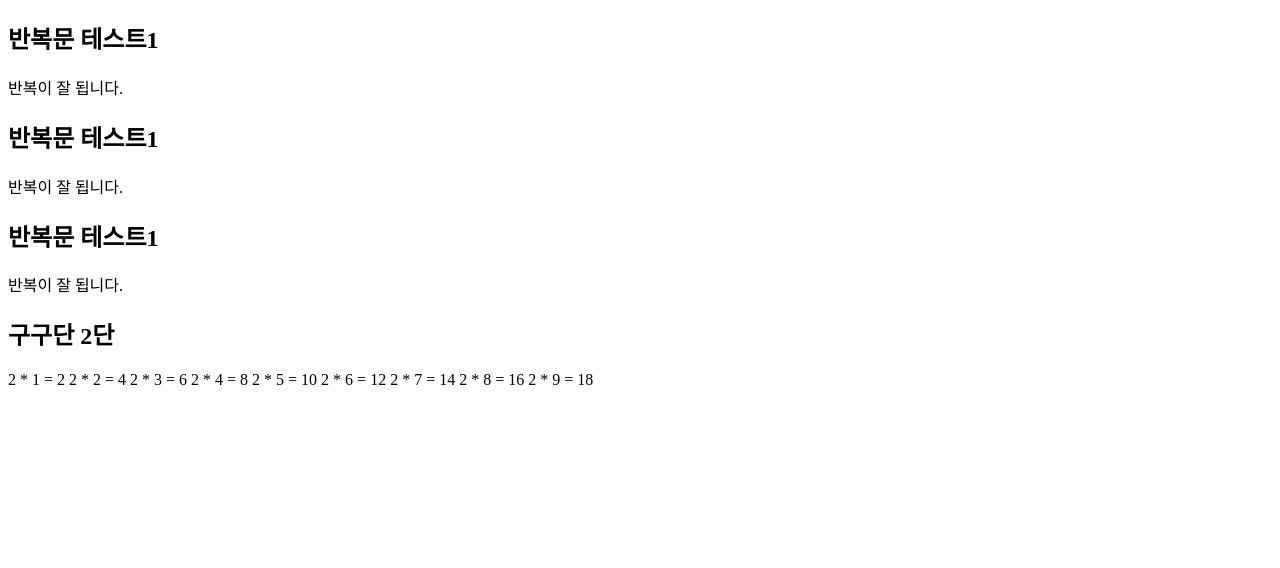
Repository: markahn02050/jsp_practice
Page: http://localhost/JSPBasic/JspTag/NewFile.jsp
An editor plug-in stored every save of this project. The page is shown before and after the next save, followed by the edit.
The browser window is 1280 px wide. The pictures show the whole page.
The page is served by Tomcat 9.

Above is the page before, as saved 2022-01-28 02:33:45.

### JSPBasic/src/main/webapp/JspTag/NewFile.jsp
<%@ page language="java" contentType="text/html; charset=UTF-8"
    pageEncoding="UTF-8"%>
<!DOCTYPE html>
<html>
<head>
<meta charset="UTF-8">
<title>Insert title here</title>
</head>
<body>
	<!--  스크립트릿 내부에는 자바 코드를 작성할 수 있으며
	이 코드를 반영해 페이지가 구성됩니다. -->
	<% for(int i = 0; i < 3; i++){ %>
		<h2>반복문 테스트1</h2>
		<p>
			반복이 잘 됩니다.
		</p>
	<% } %>

	<!--  하단에 구구단 코드를 작성해주세요.
	System.out.println() 이 괄호 내 구문을 콘솔에 찍히게 해줬다면
	out.println()은 html화면에 괄호 내 구문을 콘솔에 찍히게 해줍니다-->
	<h2>구구단 2단</h2>
	<% for(int i = 1; i <= 9; i++){ %>

		<% out.println(2 + " * " + i + " = " + 2 * i); %>

	<% } %>

</body>
</html>

After the next save:
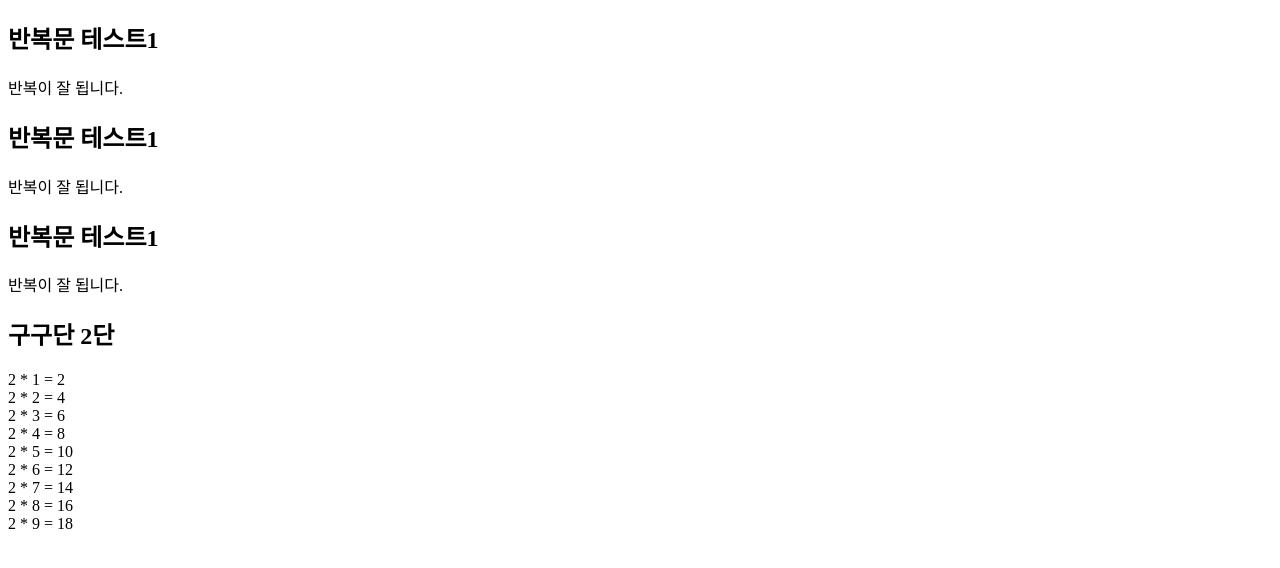
Saved 19 s later.
--- a/JSPBasic/src/main/webapp/JspTag/NewFile.jsp
+++ b/JSPBasic/src/main/webapp/JspTag/NewFile.jsp
@@ -22,7 +22,7 @@
 	<h2>구구단 2단</h2>
 	<% for(int i = 1; i <= 9; i++){ %>
 
-		<% out.println(2 + " * " + i + " = " + 2 * i); %>
+		<% out.println(2 + " * " + i + " = " + 2 * i); %><br/>
 
 	<% } %>
 
